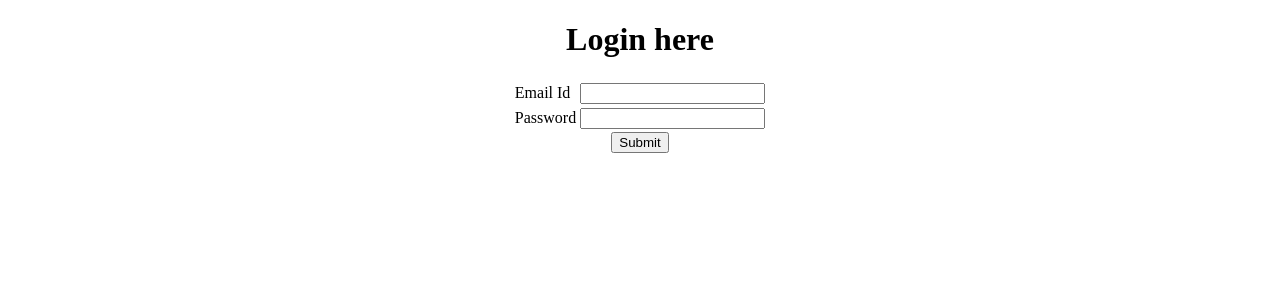
Repository: pawankas/Java_Mini_Project
Page: http://localhost/AirReservation/Login
An editor plug-in stored every save of this project. The page is shown before and after the next save, followed by the edit.
The browser window is 1280 px wide. The pictures show the whole page.
The page is served by Tomcat 9. Other server files are loaded and not shown.

Above is the page before, as saved 2022-03-14 03:15:55.

### final/AirReservation/WebContent/loginuser.jsp
<%@ page language="java" contentType="text/html; charset=ISO-8859-1"
	pageEncoding="ISO-8859-1"%>
<!DOCTYPE html>
<html>
<head>
<meta charset="ISO-8859-1">
<title>Insert title here</title>
</head>
<body>
	<div align="center">
		<h1>Login here</h1>
		<form action="<%=request.getContextPath()%>/Login" method="post">
			<table style="with: 80%">
				<tr>
					<td>Email Id</td>
					<td><input type="text" name="emailid" /></td>
				</tr>
				<td>Password</td>
				<td><input type="Password" name="password" /></td>
				</tr>
			</table>
			<input type="submit" value="Submit" />
		</form>
	</div>
</body>
</html>

### final/AirReservation/src/com/cybage/controller/UserLogin.java
package com.cybage.controller;

import java.io.IOException;

import javax.servlet.RequestDispatcher;
import javax.servlet.ServletException;
import javax.servlet.annotation.WebServlet;
import javax.servlet.http.HttpServlet;
import javax.servlet.http.HttpServletRequest;
import javax.servlet.http.HttpServletResponse;
import javax.servlet.http.HttpSession;

import com.cybage.dao.LoginDao;
import com.cybage.model.User;

/**
 * Servlet implementation class LoginServlet
 */
@WebServlet("/Login")
public class UserLogin extends HttpServlet {
	private static final long serialVersionUID = 1L;

	protected void doGet(HttpServletRequest request, HttpServletResponse response) throws ServletException, IOException {
		RequestDispatcher rd=request.getRequestDispatcher("loginuser.jsp");
		rd.forward(request, response);
	}

	/**
	 * @see HttpServlet#doPost(HttpServletRequest request, HttpServletResponse response)
	 */
	protected void doPost(HttpServletRequest request, HttpServletResponse response) throws ServletException, IOException {
		LoginDao loginDao = new LoginDao();

		String emailid = request.getParameter("emailid");
		String password = request.getParameter("password");
		String role = request.getParameter("role");
		User u=loginDao.getUser(emailid, password, role);
		if(u==null) {
			request.setAttribute("text", "Unsuccessful login");
			System.out.println("Error Login in");
		}
		if(u.getRole() == "Admin" && u.getPassword() == "Password"){
			request.setAttribute("text", "Successful login");
			RequestDispatcher rd=request.getRequestDispatcher("FlightList.jsp");
			System.out.println("Admin Logged in Successfully!");
			rd.forward(request, response);
		} {
			request.setAttribute("text", "Successful login");
			RequestDispatcher rd=request.getRequestDispatcher("Home.jsp");
			System.out.println("User Logged in Successfully!");
		}

//		RequestDispatcher rd=request.getRequestDispatcher("Home.jsp");


		System.out.println(u);


	}

}

After the next save:
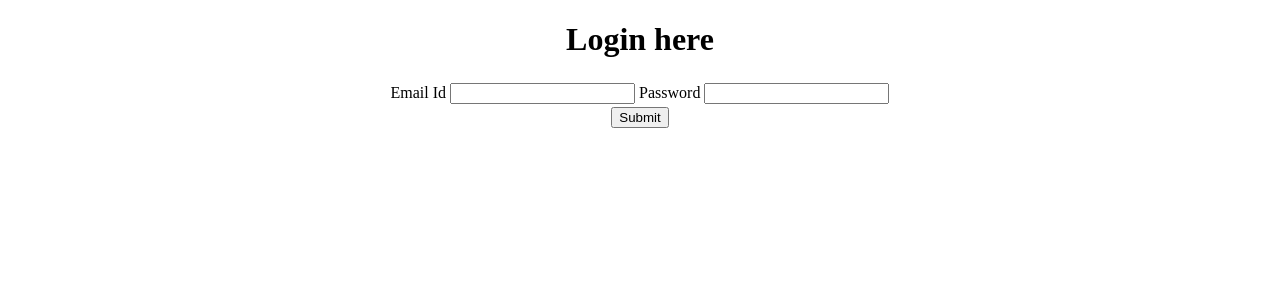
Saved 21 s later.
--- a/final/AirReservation/WebContent/loginuser.jsp
+++ b/final/AirReservation/WebContent/loginuser.jsp
@@ -14,7 +14,7 @@
 				<tr>
 					<td>Email Id</td>
 					<td><input type="text" name="emailid" /></td>
-				</tr>
+
 				<td>Password</td>
 				<td><input type="Password" name="password" /></td>
 				</tr>
